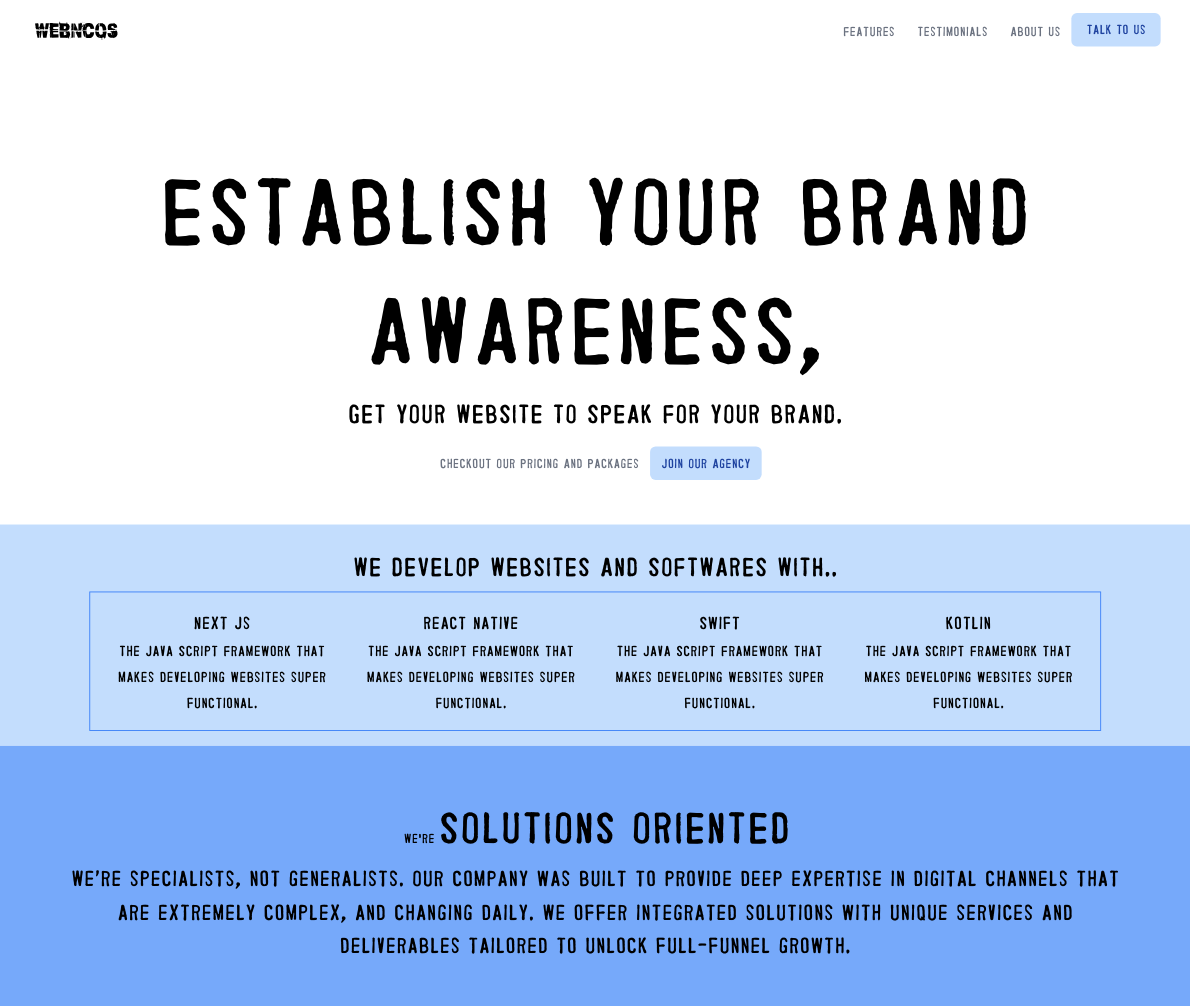
Repository: 1realjulius/webncos
Page: /
The author's editor kept a copy of each file at every save. The page is drawn from the files as they stood at one save, then again after the next save.
The browser window is 1280 px wide. The pictures show the whole page, at 93% of full size.
The project was rebuilt for these pictures with package versions that can differ from the ones it lists, and the page was loaded fresh each time. The framework's server and built-in components were replaced by stand-ins that run in the browser. Also part of the build but not shown: next.config.js.

Above is the page before, as saved 2022-09-02 09:00:39.

### pages/index.tsx
import type { NextPage } from "next";
import Head from "next/head";
import ComingSoon from "../components/ComingSoon";
import MainHome from "../components/MainHome";
import NavigationBar from "../components/NavigationBar";

const Home: NextPage = () => {
  return (
    <div className="flex min-h-screen flex-col font-parcel">
      <Head>
        <title>Webncos</title>
        <meta
          name="description"
          content="Website and Software Development Agency."
        />
        <meta property="og:type" content="website" />
        <meta property="og:url" content="https://www.webncos.com/" />
        <meta
          property="og:title"
          content="Webncos — Website and Software Development Agency."
        />
        <meta
          property="og:description"
          content="Website and Software Development Agency."
        />
        {/* <meta property="og:image" content="/Assets/newmemoji.svg"/> */}
        {/* <meta property="twitter:card" content="/Assets/Julius_Eghan.jpg"/> */}
        <meta property="twitter:url" content="https://www.webncos.com/" />
        <meta
          property="twitter:title"
          content="Webncos — Website and Software Development Agency."
        />
        <meta
          property="twitter:description"
          content="Website and Software Development Agency."
        />
        {/* <meta property="twitter:image" content="/Assets/Julius_Eghan.jpg"/> */}
        <link rel="icon" href="/favicon.ico" />
        <link
          rel="apple-touch-icon"
          sizes="180x180"
          href="/apple-touch-icon.png"
        />
        <link
          rel="icon"
          type="image/png"
          sizes="32x32"
          href="/favicon-32x32.png"
        />
        <link
          rel="icon"
          type="image/png"
          sizes="16x16"
          href="/favicon-16x16.png"
        />
        <link rel="manifest" href="/site.webmanifest" />
        {/* <meta name="google-site-verification" content="0HesePHVymRqGiL70HUKPIq0Zsap0uUIb_Ci0DpImRY" /> */}
        <meta
          name="theme-color"
          content="#2563eb"
          media="(prefers-color-scheme: light)"
        />
        <meta
          name="theme-color"
          content="#2563eb"
          media="(prefers-color-scheme: dark)"
        />
      </Head>
      <NavigationBar />
      <MainHome />
    </div>
  );
};

export default Home;

### styles/globals.css
@tailwind base;
@tailwind components;
@tailwind utilities;

@layer base{
      @font-face{
        font-family: 'ApercuBold';
        src: url("/Fonts/ApercuPro-Bold.woff") format("woff"),url("/Fonts/ApercuPro-Bold.woff2") format("woff2");
      }
      @font-face{
        font-family: 'ApercuMedium';
        src: url("/Fonts/ApercuPro-Medium.woff") format("woff"),url("/Fonts/ApercuPro-Medium.woff2") format("woff2");
      }
      @font-face{
        font-family: 'circularBlack';
        src: url("/Fonts/circular-black.woff2") format("woff2");
      }
      @font-face{
        font-family: 'circularBold';
        src: url("/Fonts/circular-bold.woff2") format("woff2");
      }
      @font-face{
        font-family: 'circularBook';
        src: url("/Fonts/circular-book.woff2") format("woff2");
      }
      @font-face{
        font-family: 'circularMedium';
        src: url("/Fonts/circular-medium.woff2") format("woff2");
      }
      @font-face{
        font-family: 'parcel';
        src: url("/Fonts/parcel.woff2") format("woff2"), url("/Fonts/parcel.woff") format("woff");
      }
    }

### components/MainHome.tsx
import Link from "next/link";
import React from "react";
import Image from "next/image";
import FeatureImg from "/Assets/Julius_Eghan.jpg";
import FImg from "/Assets/Julius_Eghan.jpg";

const MainHome = () => {
  return (
    <div>
      {/* header */}
      <div>
        <div className=" flex flex-col items-center justify-center mt-20 mb-10">
          <div className="pt-4 pb-2">
            <h1 className="text-6xl md:text-9xl text-center font-parcel px-2">
              ESTABLISH YOUR BRAND AWARENESS,
            </h1>
          </div>
          <div className="pb-2">
            <h2 className="text-2xl md:text-4xl font-parcel px-2">
              GET YOUR WEBSITE TO SPEAK FOR YOUR BRAND.
            </h2>
          </div>
          <div className="flex flex-col md:flex-row items-center">
            <div className="px-3 py-1 my-2">
              <Link href="#">
                <h3 className="text-gray-500 hover:text-gray-900 cursor-pointer text-lg">
                  Checkout Our Pricing And Packages
                </h3>
              </Link>
            </div>
            <Link href="#">
              <div className="px-3 py-1 rounded-md bg-blue-200 active:bg-blue-300 my-2 cursor-pointer">
                <h3 className="text-blue-800 text-lg">Join Our Agency</h3>
              </div>
            </Link>
          </div>
        </div>
      </div>
      {/* We develop brands */}
      <div className="flex flex-col bg-blue-200 p-4 px-4 md:px-24 items-center justify-center">
        <div className="py-2">
          <h1 className="text-4xl">
            WE DEVELOP WEBSITES AND SOFTWARES WITH..
          </h1>
        </div>
        <div className="p-2 flex flex-col md:flex-row border border-blue-500">
          <div className="flex flex-row">
            <div className="p-2 text-center">
              <div>
                <h1 className="text-2xl">Next Js</h1>
              </div>
              <div>
                <p className="text- base md:text-xl">The Java Script Framework that makes developing websites super
                functional.</p>
              </div>
            </div>
            <div className="p-2 text-center">
              <div>
                <h1 className="text-2xl">React Native</h1>
              </div>
              <div>
                <p className="text- base md:text-xl">The Java Script Framework that makes developing websites super
                functional.</p>
              </div>
            </div>
          </div>
          <div className=" flex flex-row">
            <div className="p-2 text-center">
              <div>
                <h1 className="text-2xl">Swift</h1>
              </div>
              <div>
                <p className="text- base md:text-xl">The Java Script Framework that makes developing websites super
                functional.</p>
              </div>
            </div>
            <div className="p-2 text-center">
              <div>
                <h1 className="text-2xl">Kotlin</h1>
              </div>
              <div>
                <p className="text- base md:text-xl">The Java Script Framework that makes developing websites super
                functional.</p>
              </div>
            </div>
          </div>
        </div>
      </div>
      {/* Fameworks Used */}
      <div className="py-12 bg-blue-400">
        <div className="flex flex-col items-center justify-center mx-4">
          <h1 className="text-6xl py-2 flex items-baseline"><p className="text-lg px-1">We're</p> SOLUTIONS ORIENTED</h1>
          <p className="text-center text-2xl md:text-3xl md:px-14">
            We’re specialists, not generalists. Our company was built to provide
            deep expertise in digital channels that are extremely complex, and
            changing daily. We offer integrated solutions with unique services
            and deliverables tailored to unlock full-funnel growth.
          </p>
        </div>
      </div>
      {/* Services We offer (Features) */}
      <div></div>
      {/* Testimonials */}
      <div></div>
      {/* FAQs */}
      <div></div>
      {/* Other Sections */}
      <div></div>
    </div>
  );
};

export default MainHome;

### components/NavigationBar.tsx
/* This example requires Tailwind CSS v2.0+ */
import { Fragment } from "react";
import { Disclosure, Menu, Transition } from "@headlessui/react";
import { BellIcon, MenuIcon, XIcon } from "@heroicons/react/outline";
import Link from "next/link";
import Image from "next/image";

function classNames(...classes: string[]) {
  return classes.filter(Boolean).join(" ");
}

export default function NavigationBar() {
  return (
    <Disclosure as="nav" className="bg-white">
      {({ open }) => (
        <>
          <div className="max-w-7xl mx-auto px-4 sm:px-6 lg:px-8">
            <div className="flex justify-between h-16">
              <div className="flex">
                <div className="flex-shrink-0 flex items-center">
                  {/* the logo */}
                  <Link href="#">
                    <Image
                      src="/Assets/webncos-logo-lg.svg"
                      width={100}
                      height={22}
                      alt="webncos logo"
                      className=""
                    />
                  </Link>
                </div>
                <div className="hidden sm:ml-6 sm:flex sm:space-x-8"></div>
              </div>
              <div className="hidden sm:ml-6 sm:flex sm:items-center">
                <a
                  href="#"
                  className="text-gray-500 text-lg hover:text-gray-900 inline-flex items-center px-3 pt-1 "
                >
                  Features
                </a>
                <a
                  href="#"
                  className=" text-gray-500 hover:text-gray-900 inline-flex items-center px-3 pt-1  text-lg"
                >
                  Testimonials
                </a>
                <a
                  href="#"
                  className=" text-gray-500 hover:text-gray-900 inline-flex items-center px-3 pt-1  text-lg"
                >
                  About Us
                </a>
                <Link href="#">
                  <div className="px-4 py-1 bg-blue-200 active:bg-blue-300 rounded-md cursor-pointer">
                    <h2 className="text-blue-800 text-lg">Talk To Us</h2>
                  </div>
                </Link>
              </div>
              <div className="-mr-2 flex items-center sm:hidden">
                {/* Mobile menu button */}
                <Disclosure.Button className="inline-flex items-center justify-center p-2 rounded-full text-gray-400 hover:text-gray-500 hover:bg-gray-100 ">
                  <span className="sr-only">Open main menu</span>
                  {open ? (
                    <XIcon className="block h-6 w-6" aria-hidden="true" />
                  ) : (
                    <MenuIcon className="block h-6 w-6" aria-hidden="true" />
                  )}
                </Disclosure.Button>
              </div>
            </div>
          </div>

          <Disclosure.Panel className="sm:hidden border-2 rounded-lg px-2 mx-2">
            <div className="flex flex-col pt-2 space-y-1 items-center">
              <a
                className="hover:bg-gray-100 w-full text-center py-2 rounded-md text-lg"
                href="#"
              >
                Features
              </a>
              <a
                className="hover:bg-gray-100 w-full text-center py-2 rounded-md text-lg"
                href="#"
              >
                Testimonials
              </a>
              <a
                className="hover:bg-gray-100 w-full text-center py-2 rounded-md text-lg"
                href="#"
              >
                About Us
              </a>
            </div>
            <div className="flex py-2 items-center justify-center">
              <Link href="#">
                <div className="px-3 py-1 bg-blue-200 active:bg-blue-300 rounded-md cursor-pointer">
                  <h2 className="text-blue-800 text-lg">Contact Us</h2>
                </div>
              </Link>
            </div>
          </Disclosure.Panel>
        </>
      )}
    </Disclosure>
  );
}

### tailwind.config.js
/** @type {import('tailwindcss').Config} */
module.exports = {
  content: [
    './pages/**/*.{js,ts,jsx,tsx}',
    './components/**/*.{js,ts,jsx,tsx}',
    "./node_modules/flowbite-react/**/*.js",
  ],
  theme: {
    extend: {
      fontFamily: {
        ApercuBold: 'ApercuBold, sans',
        ApercuMedium: 'ApercuMedium, sans',
        circularBlack: 'circularBlack, sans',
        circularBold: 'circularBold, sans',
        circularBook: 'circularBook, sans',
        circularMedium: 'circularMedium, sans',
        parcel: 'parcel, sans',
      },
    },
  },
  plugins: [
    require("flowbite/plugin")
  ],
}

Loaded but not shown: pages/_app.tsx (common file); pages/api/hello.ts (common file)

After the next save:
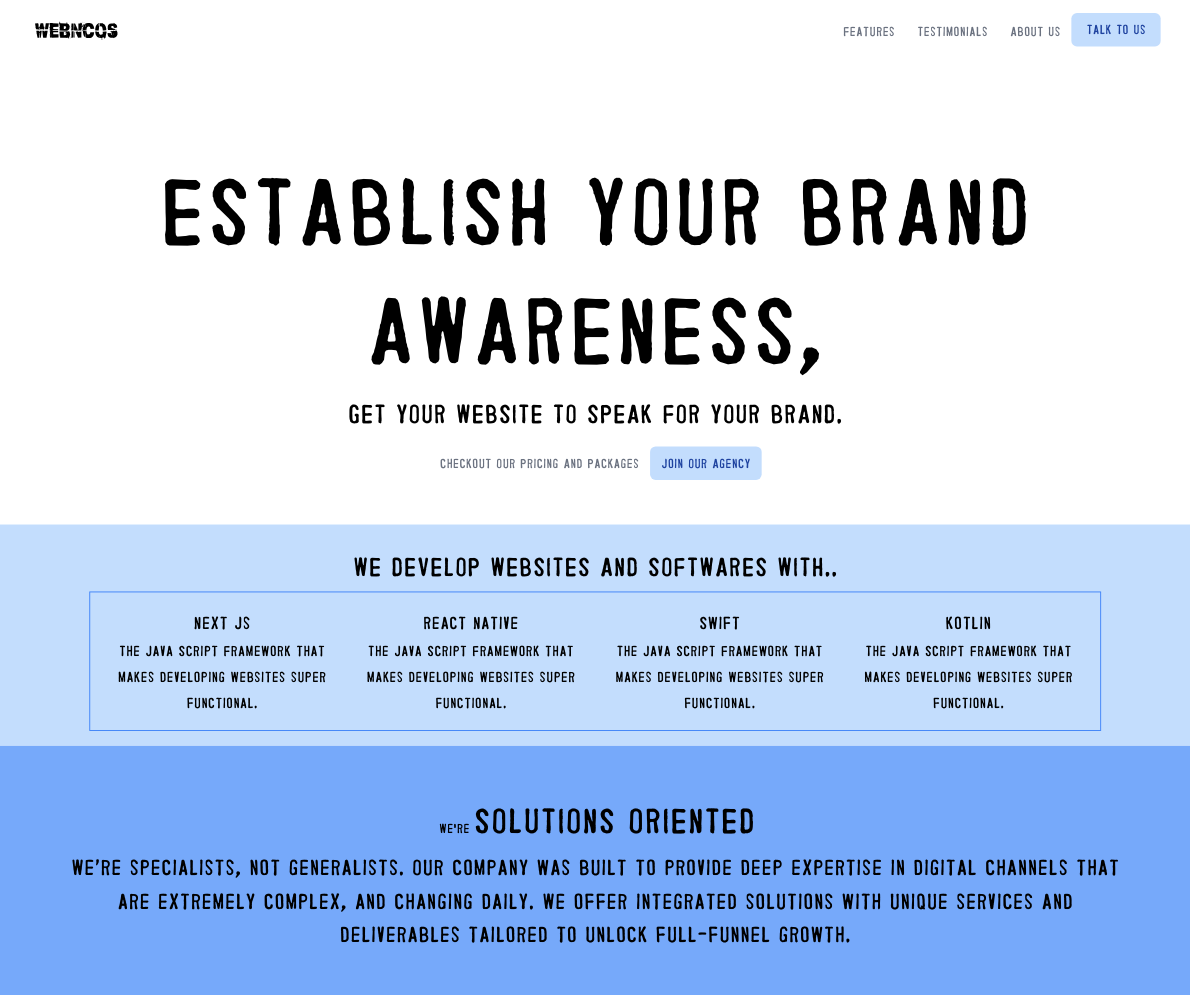
Saved 44 s later.
--- a/components/MainHome.tsx
+++ b/components/MainHome.tsx
@@ -89,7 +89,7 @@ const MainHome = () => {
       {/* Fameworks Used */}
       <div className="py-12 bg-blue-400">
         <div className="flex flex-col items-center justify-center mx-4">
-          <h1 className="text-6xl py-2 flex items-baseline"><p className="text-lg px-1">We're</p> SOLUTIONS ORIENTED</h1>
+          <h1 className="text-5xl py-2 flex items-baseline"><p className="text-lg px-1">We're</p> SOLUTIONS ORIENTED</h1>
           <p className="text-center text-2xl md:text-3xl md:px-14">
             We’re specialists, not generalists. Our company was built to provide
             deep expertise in digital channels that are extremely complex, and
